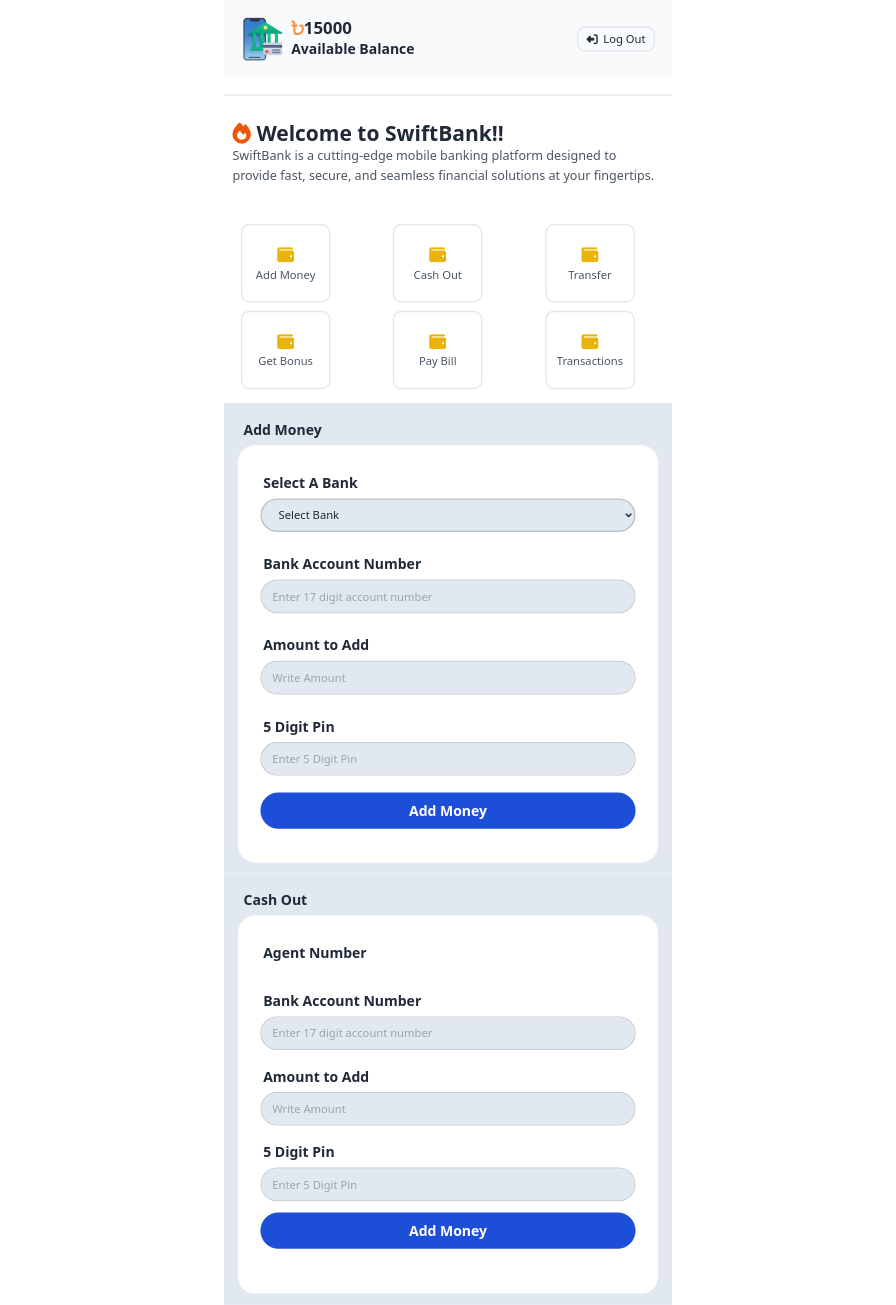
Repository: mukaddam-coder/swift-bank-mobile-banking
Page: home.html
An editor plug-in stored every save of this project. The page is shown before and after the next save, followed by the edit.
The browser window is 1280 px wide. The pictures show the whole page, at 70% of full size.
Some web libraries are served in a nearby version.

Above is the page before, as saved 2024-12-13 03:49:50.

### home.html
<!DOCTYPE html>
<html lang="en">
<head>
    <meta charset="UTF-8">
    <meta name="viewport" content="width=device-width, initial-scale=1.0">
    <title>SwiftBank</title>
    <!-- Fontawesome CDN -->
    <script src="https://kit.fontawesome.com/c4e7b2ed2f.js" crossorigin="anonymous"></script>
    <!-- Google Fonts -->
    <link rel="preconnect" href="https://fonts.googleapis.com">
    <link rel="preconnect" href="https://fonts.gstatic.com" crossorigin>
    <link href="https://fonts.googleapis.com/css2?family=Montserrat:ital,wght@0,100..900;1,100..900&display=swap" rel="stylesheet">
    <!-- Tailwind + DaisyUi CDN -->
    <link href="https://cdn.jsdelivr.net/npm/daisyui@4.12.19/dist/full.min.css" rel="stylesheet" type="text/css" />
    <script src="https://cdn.tailwindcss.com"></script>

</head>
<body>

<main>
  <div class="w-1/2 mx-auto p-6 bg-slate-50 h-full flex justify-between items-center">
    <div class="flex gap-2">
        <!-- Logo -->
    <div>
    <img class="w-16 h-16" src="images/mobile-banking.png">
    </div>
    <div>
   <h2 class="text-2xl font-bold" id="main-balance">
   <i class="fa-solid fa-bangladeshi-taka-sign text-orange-400"></i>15000</h2>
   <p class="font-semibold text-xl">Available Balance</p>
</div>
</div>
<div>
<button class="border-2 w-28 px-1 py-1 rounded-xl"> <i class="fa-solid fa-right-from-bracket rotate-180 mr-2"></i>Log Out</button>
</div>
        </div>
    <div class="divider w-1/2 mx-auto"></div>
    <!-- Greetings Section -->
        <section class="w-1/2 mx-auto p-3">
            <h1 class="font-bold text-3xl"><i class="fa-solid fa-fire text-orange-600 text-3xl mr-2"></i>Welcome to SwiftBank!!</h1>
            <p class="text-gray-600 text-lg">
                SwiftBank is a cutting-edge mobile banking platform designed to provide fast, secure, and seamless financial solutions at your fingertips.
            </p>
        </section>
     <!-- User Actionable Dashboard -->

     <section class="w-1/2 mx-auto py-8 grid grid-cols-3 gap-3">

            <div class="w-32 h-28 ml-3 p-3">
                <button class="border-2 w-32 h-28 rounded-xl bg-white text-gray-600">
                    <p>
                <i class="fa-solid fa-wallet text-yellow-500 text-2xl"></i>
                    </p>
                Add Money
            </button>
                </div>
                <div class="w-32 h-28 ml-3 p-3">
                <button class="border-2 w-32 h-28 rounded-xl bg-white text-gray-600">
                    <p>
                <i class="fa-solid fa-wallet text-yellow-500 text-2xl"></i>
                    </p>
                Cash Out
            </button>
                </div>
                <div class="w-32 h-28 ml-3 p-3">
                <button class="border-2 w-32 h-28 rounded-xl bg-white text-gray-600">
                    <p>
                <i class="fa-solid fa-wallet text-2xl text-yellow-500"></i>
                    </p>
                Transfer
            </button>
                </div>
                <div class="w-32 h-28 ml-3 p-3">
                <button class="border-2 w-32 h-28 rounded-xl bg-white text-gray-600">
                    <p>
                <i class="fa-solid fa-wallet text-2xl text-yellow-500"></i>
                    </p>
                Get Bonus
            </button>
                </div>
                <div class="w-32 h-28 ml-3 p-3">
                <button class="border-2 w-32 h-28 rounded-xl bg-white text-gray-600">
                    <p>
                <i class="fa-solid fa-wallet text-2xl text-yellow-500"></i>
                    </p>
                Pay Bill
            </button>
                </div>
                <div class="w-32 h-28 ml-3 p-3">
                <button class="border-2 w-32 h-28 rounded-xl bg-white text-gray-600">
                    <p>
                <i class="fa-solid fa-wallet text-2xl text-yellow-500"></i>
                    </p>
                Transactions
            </button>
    </div>
      </section>
      <!-- Add Money Section Start -->
      <section class="w-1/2 mx-auto px-5 py-4 bg-slate-200">
        <h2 class="p-2 font-bold text-xl">Add Money</h2>
        <form class="card-body bg-white rounded-3xl">
            <div class="form-control mb-4">
              <label class="label">
                <span class="label-text font-semibold text-xl">Select A Bank</span>
              </label>
              <select id="bank"  class="input-bordered rounded-full bg-slate-200 h-12 px-5 border-2">
                <option value="Select Bank">Select Bank</option>
                <option value="AB Bank PLC">AB Bank PLC</option>
                <option value="Bangladesh Commerce Bank Limited">Bangladesh Commerce Bank Limited</option>
                <option value="Islami Bank Bangladesh PLC">Islami Bank Bangladesh PLC</option>
                <option value="Dutch-Bangla Bank PLC">Dutch-Bangla Bank PLC</option>
                <option value="Jamuna Bank Limited">Jamuna Bank Limited</option>
                <option value="Trust Bank PLC">Trust Bank PLC</option>
              </select>
              </div>

            <div class="form-control mb-4">
              <label class="label">
                <span class="label-text font-semibold text-xl">Bank Account Number</span>
              </label>
              <input id="input-bank-account-field" type="text" placeholder="Enter 17 digit account number" class="input input-bordered rounded-full bg-slate-200" required />

            </div>
            <div class="form-control mb-4">
              <label class="label">
                <span class="label-text font-semibold text-xl">Amount to Add</span>
              </label>
              <input id="input-amount-field" type="text" placeholder="Write Amount" class="input input-bordered rounded-full bg-slate-200" required />

            </div>
            <div class="form-control mb-4">
              <label class="label">
                <span class="label-text font-semibold text-xl">5 Digit Pin</span>
              </label>
              <input id="input-add-money-pin-number" type="password" placeholder="Enter 5 Digit Pin" class="input input-bordered rounded-full bg-slate-200" required />

            </div>


            <div class="form-control mb-4">
              <button id="btn-add-money" class="bg-blue-700 font-bold text-xl text-white p-3 rounded-full">Add Money</button>
            </div>
          </form>
      </section>
      <!-- Add Money Section End -->

      <!-- Cash Out Section Start -->
      <section class="w-1/2 mx-auto px-5 py-4 bg-slate-200">
        <h2 class="p-2 font-bold text-xl">Cash Out</h2>
        <form class="card-body bg-white rounded-3xl">
            <div class="form-control mb-4">
              <label class="label">
                <span class="label-text font-semibold text-xl">Agent Number</span>
              </label>
              <input type="text" placeholder=""
              </div>

            <div class="form-control mb-4">
              <label class="label">
                <span class="label-text font-semibold text-xl">Bank Account Number</span>
              </label>
              <input id="input-bank-account-field" type="text" placeholder="Enter 17 digit account number" class="input input-bordered rounded-full bg-slate-200" required />

            </div>
            <div class="form-control mb-4">
              <label class="label">
                <span class="label-text font-semibold text-xl">Amount to Add</span>
              </label>
              <input id="input-amount-field" type="text" placeholder="Write Amount" class="input input-bordered rounded-full bg-slate-200" required />

            </div>
            <div class="form-control mb-4">
              <label class="label">
                <span class="label-text font-semibold text-xl">5 Digit Pin</span>
              </label>
              <input id="input-add-money-pin-number" type="password" placeholder="Enter 5 Digit Pin" class="input input-bordered rounded-full bg-slate-200" required />

            </div>


            <div class="form-control mb-4">
              <button id="btn-add-money" class="bg-blue-700 font-bold text-xl text-white p-3 rounded-full">Add Money</button>
            </div>
          </form>
      </section>

      <!-- Cash Out Section End -->
      <script src="Jscript/utilities.js"></script>
      <script src="Jscript/add-money.js"></script>
       </main>

</body>
</html>

### Jscript/add-money.js
document.getElementById('btn-add-money').addEventListener('click', function(event){
    event.preventDefault();
   const addMoney = getInputFieldValueById('input-amount-field');
   const pinNumber = getInputFieldValueById('input-add-money-pin-number');
   const bankAccNumber = getInputFieldValueById('input-bank-account-field');
   const mainBalance = getTextFieldValueById('main-balance');

    if(isNaN(addMoney)){
        alert('Please enter a positive number to add money.');
        return;
    }

    if(addMoney <= 0 ){
        alert('Please enter a positive number to add money.')
    }

   if(pinNumber === 19945 && bankAccNumber === 20501400204694805){
        const newBalance = mainBalance + addMoney;
        document.getElementById('main-balance').innerText = newBalance;
   }
   else{
    alert('Failed to add money!Please try again.')
   }
})

Loaded but not shown: Jscript/utilities.js (no copy from this time; the picture is the same without it)

After the next save:
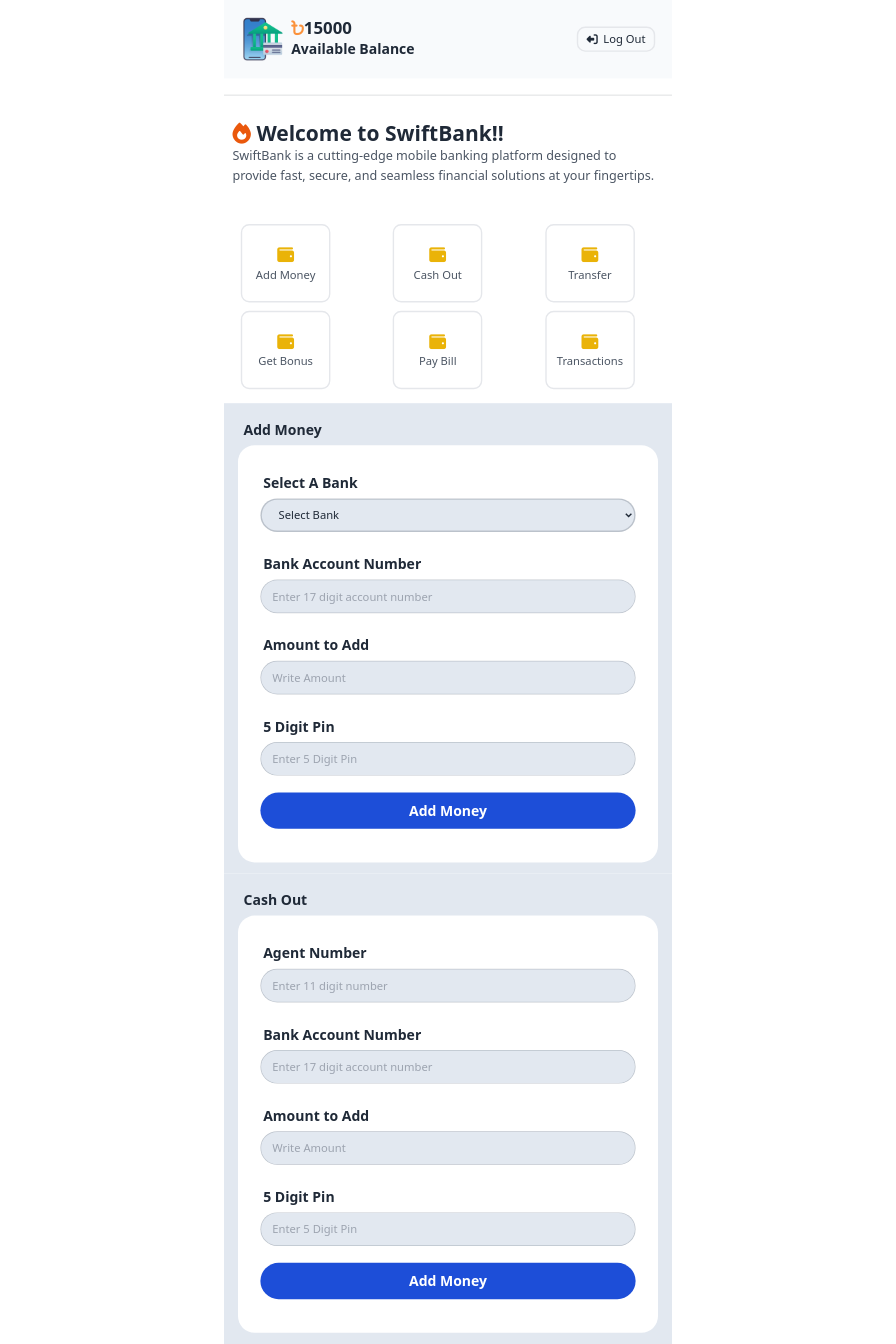
Saved 47 s later.
--- a/home.html
+++ b/home.html
@@ -152,7 +152,7 @@
               <label class="label">
                 <span class="label-text font-semibold text-xl">Agent Number</span>
               </label>
-              <input type="text" placeholder=""
+              <input type="text" placeholder="Enter 11 digit number" class="input input-bordered rounded-full bg-slate-200" required >
               </div>
 
             <div class="form-control mb-4">
